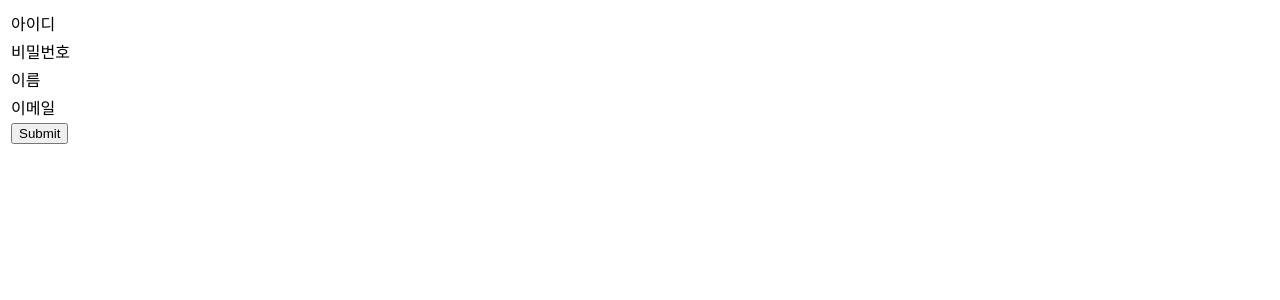
Repository: JungYOsup/Mini_project
Page: http://localhost/EsCape_Room/sign_up_form.jsp
An editor plug-in stored every save of this project. The page is shown before and after a run of saves, followed by the edit.
The browser window is 1280 px wide. The pictures show the whole page.
The page is served by Tomcat 9. Other server files are loaded and not shown.

Above is the page before, as saved 2018-01-15 07:33:18.

### EsCape_Room/WebContent/sign_up_form.jsp
<!--- 페이지 디렉티브<%--  <%@page %> --%> : JSP페이지에 대한 설정 정보를 지정 -->
<!--인코딩은 UTF-8이고 , html이다.  -->
<!--이렇게 3가지를 구성해줘야지 한글이 안깨짐  -->
<%@ page language="java" contentType="text/html; charset=UTF-8" %>
<%request.setCharacterEncoding("utf-8"); %>
<%response.setContentType("text/html; charset=UTF-8"); %>

<!-- <!DOCTYPE html PUBLIC "-//W3C//DTD HTML 4.01 Transitional//EN" "http://www.w3.org/TR/html4/loose.dtd"> HTML4버전     -->
<!DOCTYPE html> <!--HTML5로 버전을 지정해줌 -->

<html>
<head>
<meta http-equiv="Content-Type" content="text/html; charset=UTF-8">
<title>Insert title here</title>
</head>
<body>

<table>
	<tr>

	<td>아이디</td>

	</tr>
	<tr>

	<td>비밀번호</td>

	</tr>
	<tr>

	<td>이름</td>

	</tr>
	<tr>

	<td>이메일</td>

	</tr>
	<tr>
		<td><input type="submit"> </td>


	</tr>

</table>

</body>
</html>

After the next 3 saves:
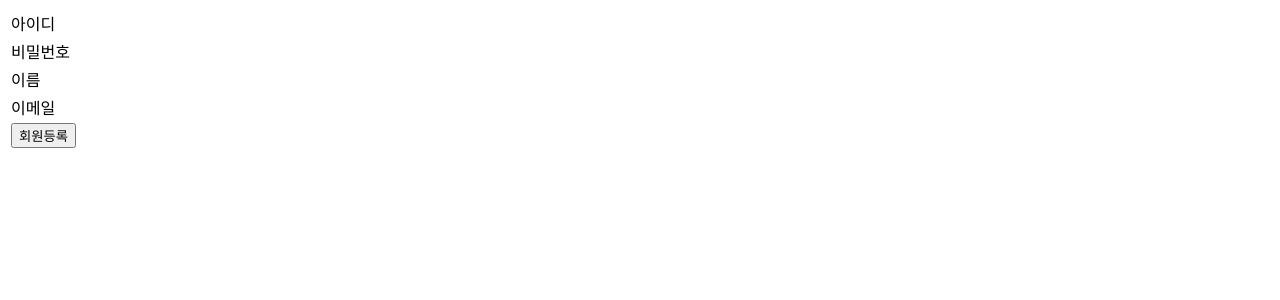
The 3 saves are shown as one change because they came seconds apart.
The last was saved 12 s later.
--- a/EsCape_Room/WebContent/sign_up_form.jsp
+++ b/EsCape_Room/WebContent/sign_up_form.jsp
@@ -37,7 +37,7 @@
 
 	</tr>
 	<tr>
-		<td><input type="submit"> </td>
+		<td><input type="submit" value="회원등록"/></td>
 
 
 	</tr>
